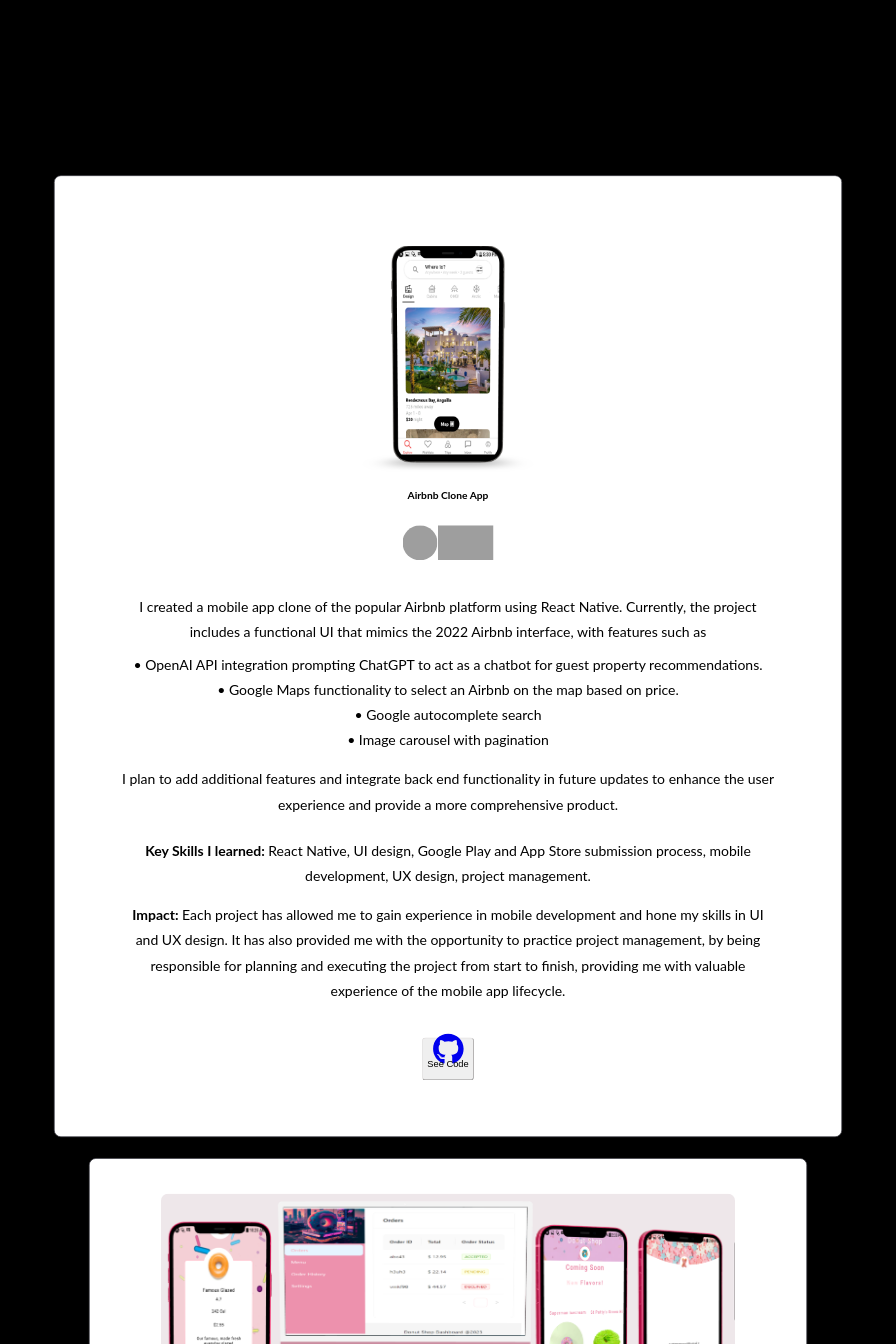
Repository: JamesPesenti/portfolio
Page: /
The author's editor kept a copy of each file at every save. The page is drawn from the files as they stood at one save, then again after the next save.
The browser window is 1280 px wide. The pictures show the part of the page from y = 1279 to 3199 px (the page is 6929 px tall), at 70% of full size.
Pictures or frames that could not be fetched are drawn as grey boxes. The project was rebuilt for these pictures with package versions that can differ from the ones it lists, and the page was loaded fresh each time. Imported but missing from the stored project, and not drawn on this page: src/Components/James Pesenti Resume 2023.pdf.

Above is the page before, as saved 2023-05-29 08:21:24.

After the next save:
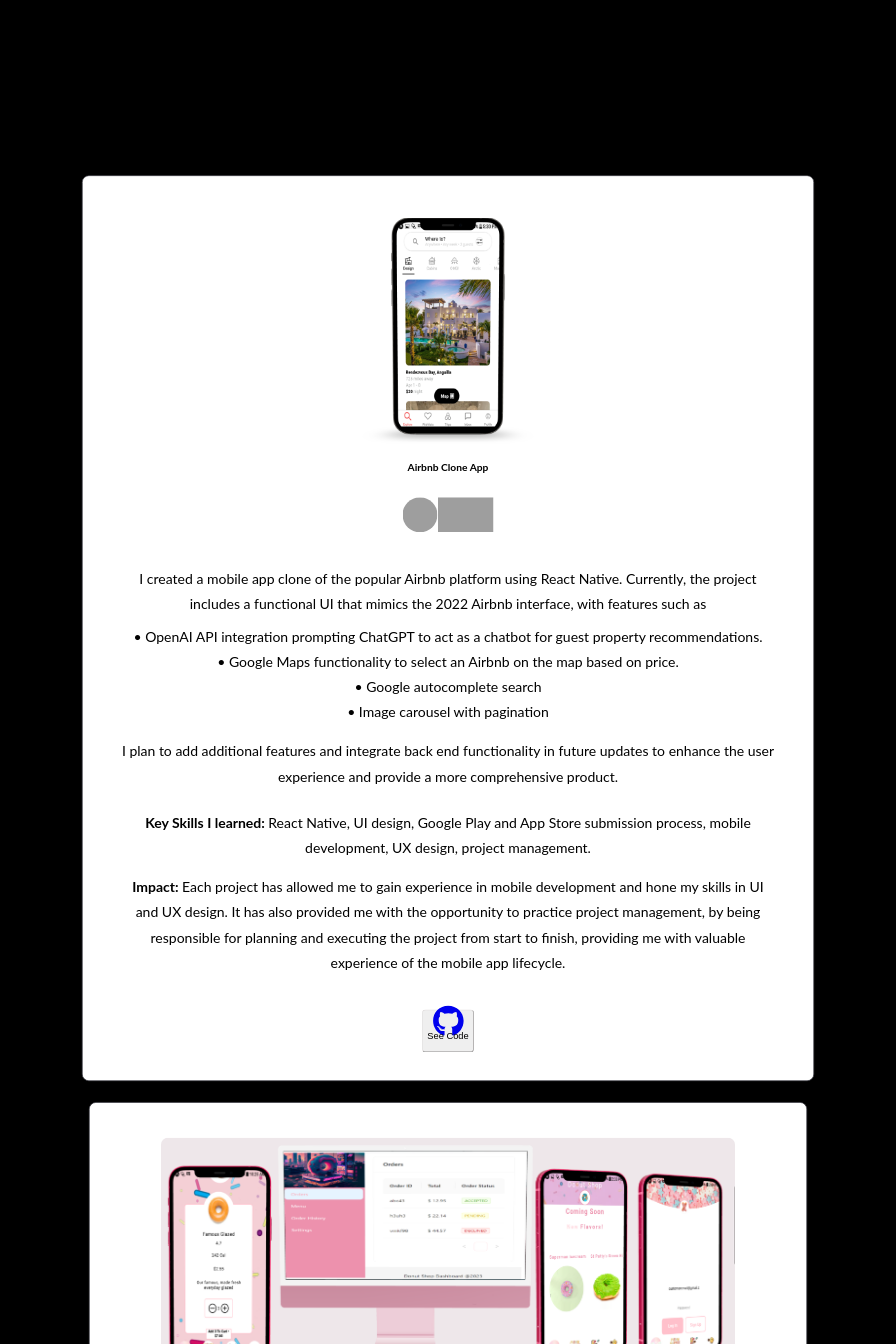
Saved 11 s later.
--- a/src/Components/MyProjects.jsx
+++ b/src/Components/MyProjects.jsx
@@ -12,7 +12,7 @@
     <div id="parallaxContainer">
 
     {/* Airbnb Clone */}
-    <div style={{ padding: 50, justifyContent: 'center', alignItems: 'center',  width: "80%", borderRadius: 10}} className="box">
+    <div style={{ padding: 10, justifyContent: 'center', alignItems: 'center',  width: "80%", borderRadius: 10}} className="box">
             <div>
                 <img style={{ borderRadius: 10, marginTop: 50, marginBottom: -35, width: "48%", height: 350, transition: ".7s", }} src="images/mockrocket-capture (11).png" />
             </div>
